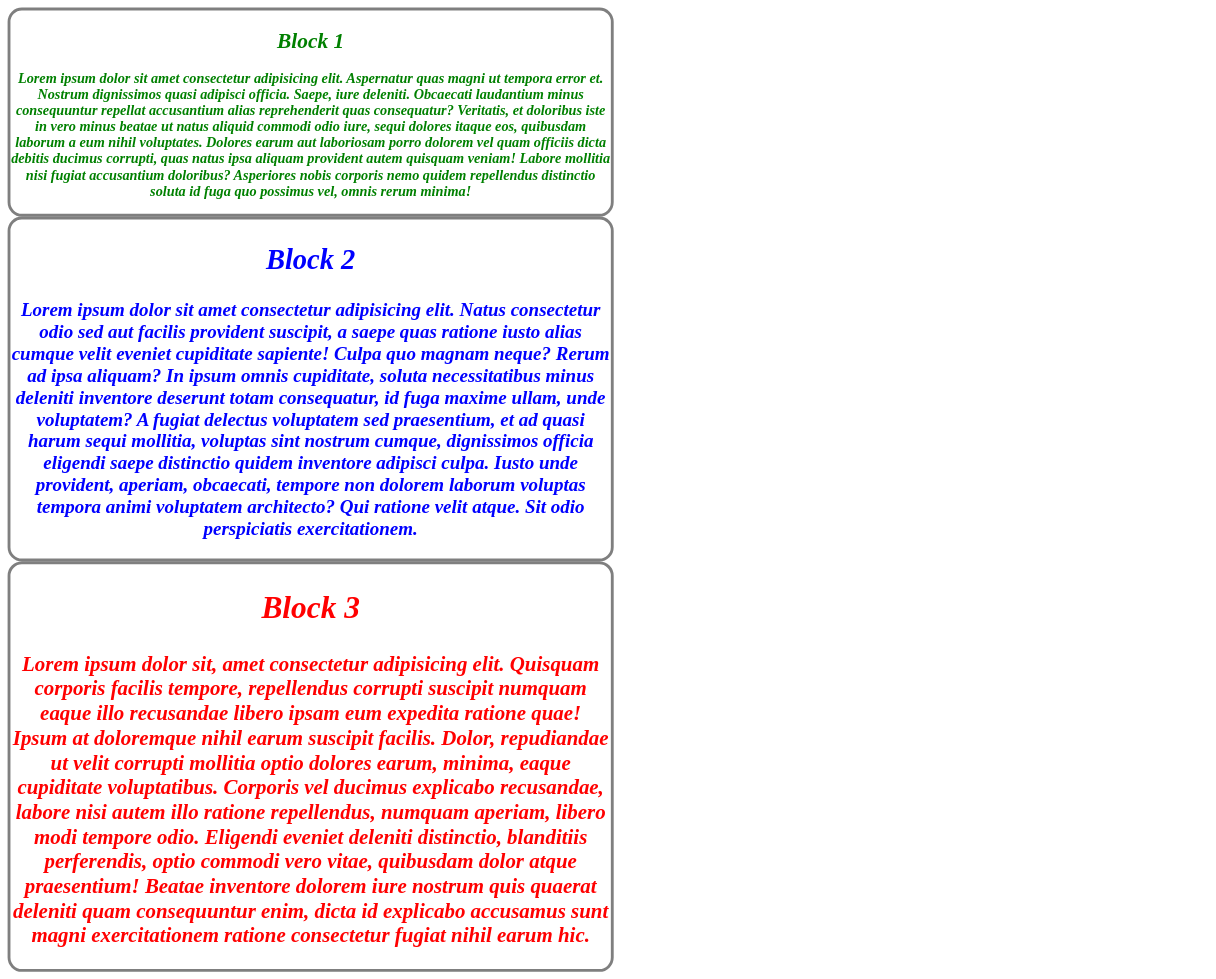
Repository: archangel88/elbrus_homework
Page: phase-0/week-3/day-3/css-fonts/index.html
These files come from the project's save history. The page is drawn as it stood at one moment and after the next save; the edit follows.
The browser window is 1280 px wide. The pictures show the whole page, at 95% of full size.

Above is the page before, as saved 2025-10-08 23:06:46.

### phase-0/week-3/day-3/css-fonts/index.html
<!DOCTYPE html>
<html lang="en">
<head>
    <meta charset="UTF-8">
    <meta name="viewport" content="width=device-width, initial-scale=1.0">
    <title>Document</title>
    <link rel="preconnect" href="https://fonts.googleapis.com">
<link rel="preconnect" href="https://fonts.gstatic.com" crossorigin>
<link href="https://fonts.googleapis.com/css2?family=IBM+Plex+Mono:ital,wght@0,100;0,200;0,300;0,400;0,500;0,600;0,700;1,100;1,200;1,300;1,400;1,500;1,600;1,700&display=swap" rel="stylesheet">
    <link rel="stylesheet" href="./style.css" />
</head>
<body>
   <div class="n1">
    <h2>
        Block 1
    </h2>
    <p>
        Lorem ipsum dolor sit amet consectetur adipisicing elit. Aspernatur quas magni ut tempora error et. Nostrum dignissimos quasi adipisci officia. Saepe, iure deleniti. Obcaecati laudantium minus consequuntur repellat accusantium alias reprehenderit quas consequatur? Veritatis, et doloribus iste in vero minus beatae ut natus aliquid commodi odio iure, sequi dolores itaque eos, quibusdam laborum a eum nihil voluptates. Dolores earum aut laboriosam porro dolorem vel quam officiis dicta debitis ducimus corrupti, quas natus ipsa aliquam provident autem quisquam veniam! Labore mollitia nisi fugiat accusantium doloribus? Asperiores nobis corporis nemo quidem repellendus distinctio soluta id fuga quo possimus vel, omnis rerum minima!
    </p>
   </div>
   <div class="n2">
    <h2>
        Block 2
    </h2>
    <p>
        Lorem ipsum dolor sit amet consectetur adipisicing elit. Natus consectetur odio sed aut facilis provident suscipit, a saepe quas ratione iusto alias cumque velit eveniet cupiditate sapiente! Culpa quo magnam neque? Rerum ad ipsa aliquam? In ipsum omnis cupiditate, soluta necessitatibus minus deleniti inventore deserunt totam consequatur, id fuga maxime ullam, unde voluptatem? A fugiat delectus voluptatem sed praesentium, et ad quasi harum sequi mollitia, voluptas sint nostrum cumque, dignissimos officia eligendi saepe distinctio quidem inventore adipisci culpa. Iusto unde provident, aperiam, obcaecati, tempore non dolorem laborum voluptas tempora animi voluptatem architecto? Qui ratione velit atque. Sit odio perspiciatis exercitationem.</p>
   </div>
   <div class="n3">
    <h2>
        Block 3
    </h2>
    <p>
        Lorem ipsum dolor sit, amet consectetur adipisicing elit. Quisquam corporis facilis tempore, repellendus corrupti suscipit numquam eaque illo recusandae libero ipsam eum expedita ratione quae! Ipsum at doloremque nihil earum suscipit facilis. Dolor, repudiandae ut velit corrupti mollitia optio dolores earum, minima, eaque cupiditate voluptatibus. Corporis vel ducimus explicabo recusandae, labore nisi autem illo ratione repellendus, numquam aperiam, libero modi tempore odio. Eligendi eveniet deleniti distinctio, blanditiis perferendis, optio commodi vero vitae, quibusdam dolor atque praesentium! Beatae inventore dolorem iure nostrum quis quaerat deleniti quam consequuntur enim, dicta id explicabo accusamus sunt magni exercitationem ratione consectetur fugiat nihil earum hic.
    </p>
   </div>
</body>
</html>

### phase-0/week-3/day-3/css-fonts/style.css
div {
    display: inline-block;
    text-align:center;
    width: 50%;
    border: 3px solid rgb(0,0,0,0.5);
    border-radius: 15px;
    vertical-align: top;
}

.n1{
    font-family: IBM, bottom;
    font-weight: 900;
    font-style: oblique;
    font-size: 15px;
    color: green;
}

.n2{
    font-family: IBM, bottom;
    font-weight: 900;
    font-style: oblique;
    font-size: 20px;
    color: blue;
}

.n3{
    font-family: IBM, bottom;
    font-weight: 900;
    font-style: oblique;
    font-size: 22px;
    color: red;
}

/* p{
    font-family: IBM, cursive;
    font-weight: 100;
    font-style: italic;
    font-size: 17px;
} */

After the next save:
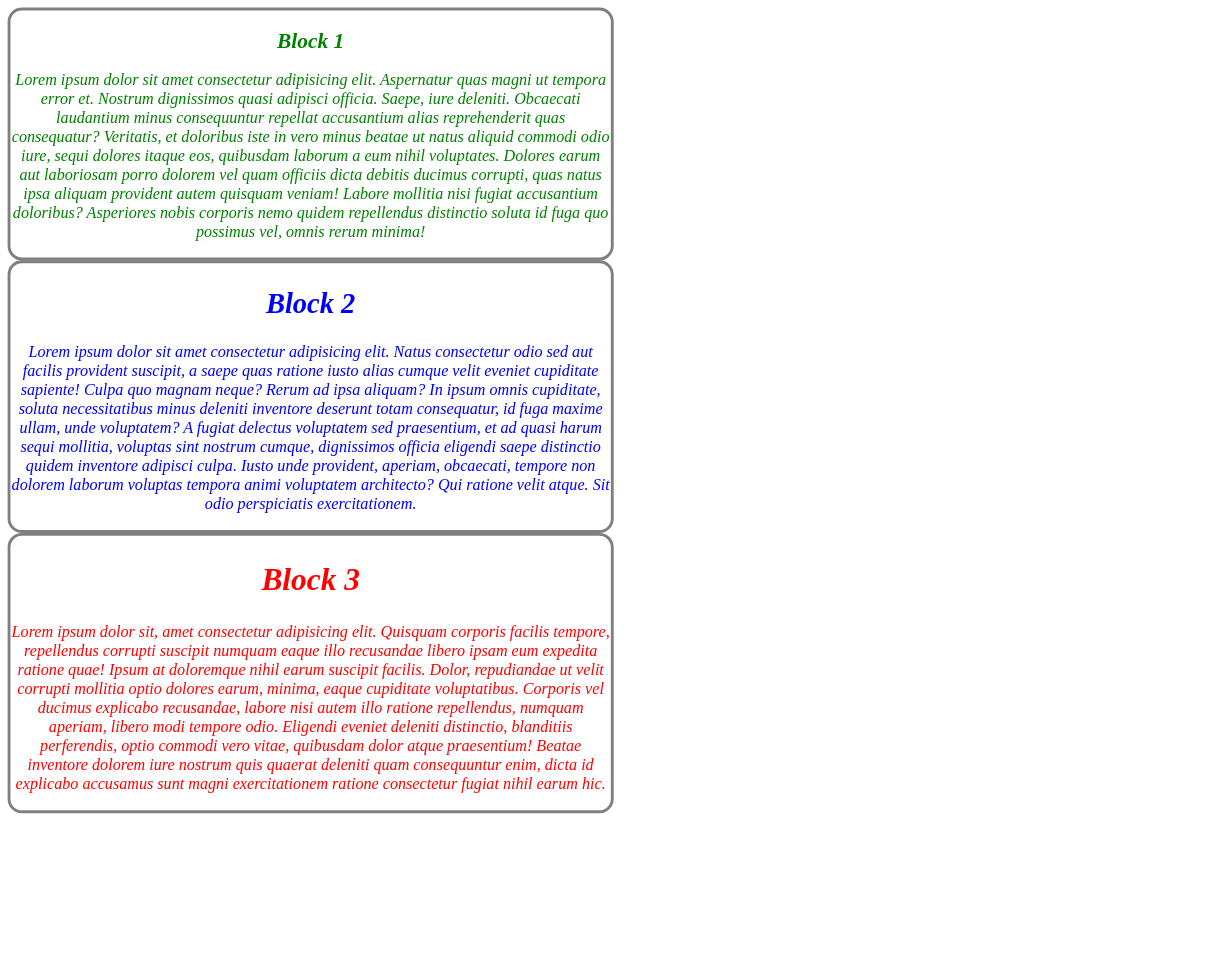
Saved 19 s later.
--- a/phase-0/week-3/day-3/css-fonts/style.css
+++ b/phase-0/week-3/day-3/css-fonts/style.css
@@ -31,9 +31,9 @@ div {
     color: red;
 }
 
-/* p{
+p{
     font-family: IBM, cursive;
     font-weight: 100;
     font-style: italic;
     font-size: 17px;
-} */
+}
